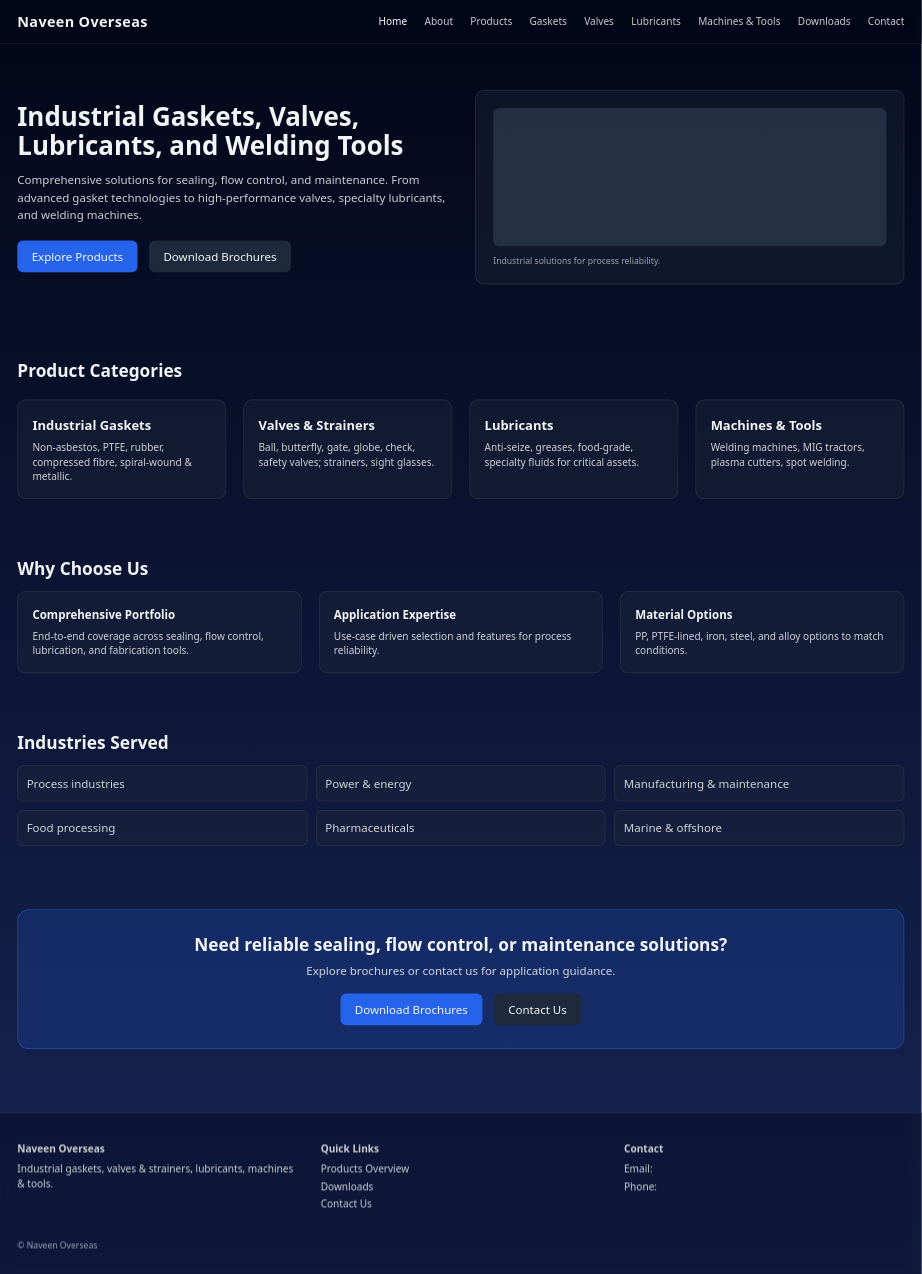
Repository: krish634-ai/overs
Page: /
An editor plug-in stored every save of this project. The page is shown before and after the next save, followed by the edit.
The browser window is 1280 px wide. The pictures show the whole page, at 72% of full size.
The project was rebuilt for these pictures with package versions that can differ from the ones it lists, and the page was loaded fresh each time. Also part of the build but not shown: vite.config.js, src/pages/About.jsx, src/pages/Products.jsx, src/pages/Gaskets.jsx, src/pages/Valves.jsx, src/pages/Lubricants.jsx, src/pages/MachinesTools.jsx, src/pages/Contact.jsx and 1 more.

Above is the page before, as saved 2025-11-19 14:15:35.

After the next save:
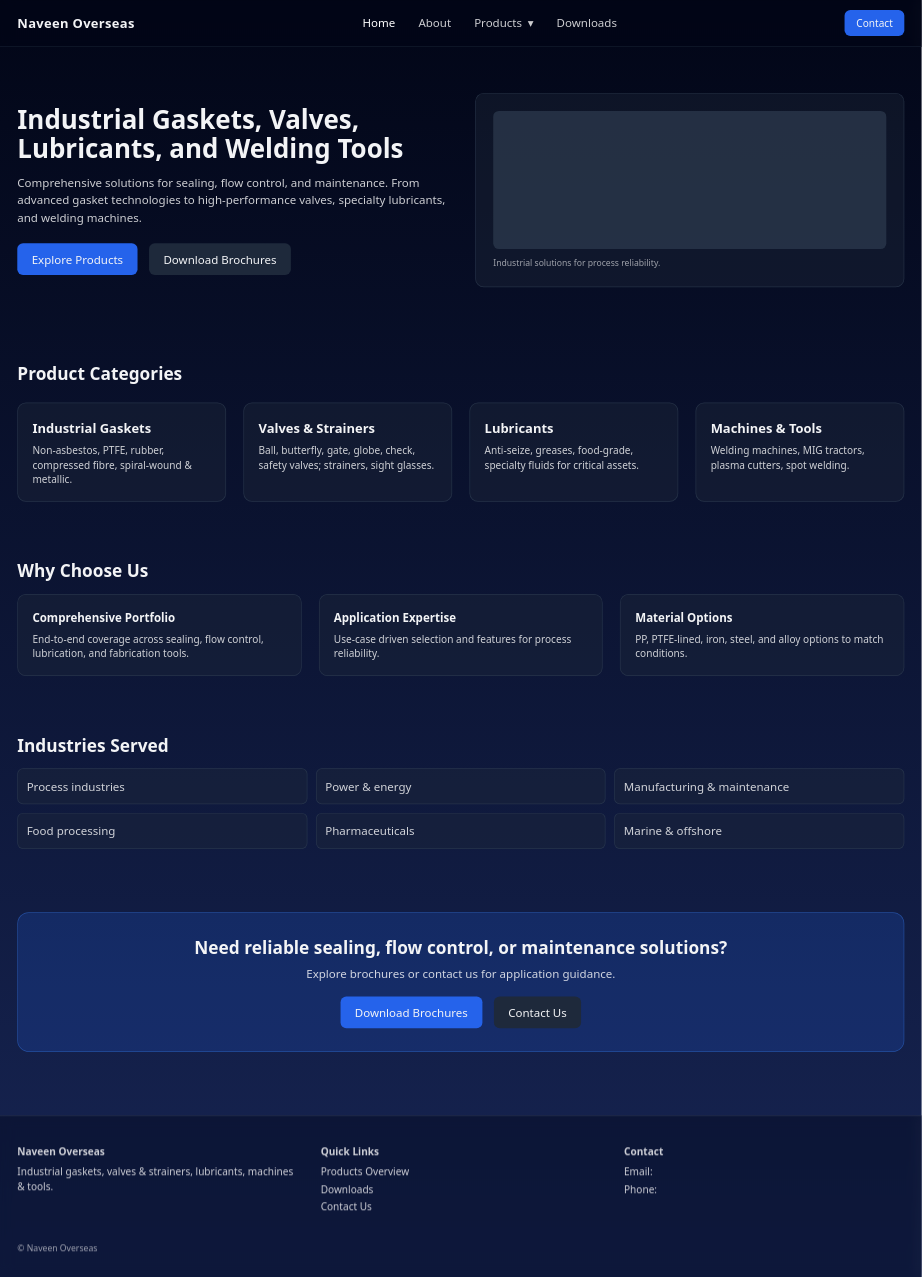
Saved 2 s later.
--- a/src/components/Nav.jsx
+++ b/src/components/Nav.jsx
@@ -1,24 +1,64 @@
-import { NavLink } from 'react-router-dom'
+import { useState } from 'react'
+import { NavLink, Link } from 'react-router-dom'
 
 export default function Nav() {
+  const [openProducts, setOpenProducts] = useState(false)
+  const [mobileOpen, setMobileOpen] = useState(false)
+
   const linkClass = ({ isActive }) =>
-    `hover:text-white/90 ${isActive ? 'text-white' : 'text-white/80'}`
+    `transition-colors hover:text-white ${isActive ? 'text-white' : 'text-white/80'}`
 
   return (
-    <nav className="container mx-auto px-6 py-4 flex items-center justify-between">
-      <NavLink to="/" className="text-xl font-semibold tracking-wide">Naveen Overseas</NavLink>
-      <ul className="hidden md:flex items-center gap-6 text-sm">
-        <li><NavLink to="/" className={linkClass}>Home</NavLink></li>
-        <li><NavLink to="/about" className={linkClass}>About</NavLink></li>
-        <li><NavLink to="/products" className={linkClass}>Products</NavLink></li>
-        <li><NavLink to="/gaskets" className={linkClass}>Gaskets</NavLink></li>
-        <li><NavLink to="/valves" className={linkClass}>Valves</NavLink></li>
-        <li><NavLink to="/lubricants" className={linkClass}>Lubricants</NavLink></li>
-        <li><NavLink to="/machines-tools" className={linkClass}>Machines &amp; Tools</NavLink></li>
-        <li><NavLink to="/downloads" className={linkClass}>Downloads</NavLink></li>
-        <li><NavLink to="/contact" className={linkClass}>Contact</NavLink></li>
-      </ul>
-      <NavLink to="/contact" className="md:hidden inline-flex items-center rounded-lg bg-blue-600 px-4 py-2 text-sm font-medium hover:bg-blue-500">Contact</NavLink>
-    </nav>
+    <div className="container mx-auto px-6">
+      <div className="flex h-16 items-center justify-between">
+        <NavLink to="/" className="text-lg font-semibold tracking-wide">Naveen Overseas</NavLink>
+        <div className="hidden md:flex items-center gap-8">
+          <NavLink to="/" className={linkClass}>Home</NavLink>
+          <NavLink to="/about" className={linkClass}>About</NavLink>
+          <div className="relative">
+            <button className="text-white/80 hover:text-white transition-colors inline-flex items-center gap-2" onClick={() => setOpenProducts(v => !v)}>
+              Products
+              <span className={`transition-transform ${openProducts ? 'rotate-180' : 'rotate-0'}`}>▾</span>
+            </button>
+            {openProducts && (
+              <div className="absolute left-0 mt-3 w-[560px] rounded-xl bg-slate-900/90 backdrop-blur ring-1 ring-white/10 shadow-soft p-6 grid grid-cols-2 gap-4">
+                <Link to="/products" className="col-span-2 rounded-lg bg-slate-800/40 ring-1 ring-white/10 px-4 py-3 hover:bg-slate-800/60">Overview</Link>
+                <Link to="/gaskets" className="rounded-lg bg-slate-800/40 ring-1 ring-white/10 px-4 py-3 hover:bg-slate-800/60">Gaskets</Link>
+                <Link to="/valves" className="rounded-lg bg-slate-800/40 ring-1 ring-white/10 px-4 py-3 hover:bg-slate-800/60">Valves &amp; Strainers</Link>
+                <Link to="/lubricants" className="rounded-lg bg-slate-800/40 ring-1 ring-white/10 px-4 py-3 hover:bg-slate-800/60">Lubricants</Link>
+                <Link to="/machines-tools" className="rounded-lg bg-slate-800/40 ring-1 ring-white/10 px-4 py-3 hover:bg-slate-800/60">Machines &amp; Tools</Link>
+              </div>
+            )}
+          </div>
+          <NavLink to="/downloads" className={linkClass}>Downloads</NavLink>
+        </div>
+        <div className="hidden md:flex items-center gap-3">
+          <NavLink to="/contact" className="inline-flex items-center rounded-lg bg-brand px-4 py-2 text-sm font-medium hover:bg-brand-dark">Contact</NavLink>
+        </div>
+        <button className="md:hidden inline-flex items-center rounded-lg bg-slate-800 px-3 py-2" onClick={() => setMobileOpen(true)}>Menu</button>
+      </div>
+
+      {mobileOpen && (
+        <div className="fixed inset-0 z-50 bg-slate-950/80 backdrop-blur">
+          <div className="absolute inset-x-0 top-0 bg-slate-900/90 p-6 border-b border-white/10">
+            <div className="flex items-center justify-between">
+              <Link to="/" className="text-lg font-semibold">Naveen Overseas</Link>
+              <button className="inline-flex items-center rounded-lg bg-slate-800 px-3 py-2" onClick={() => setMobileOpen(false)}>Close</button>
+            </div>
+            <div className="mt-6 grid gap-3 text-sm">
+              <NavLink to="/" className="rounded-lg bg-slate-800/40 px-4 py-3" onClick={() => setMobileOpen(false)}>Home</NavLink>
+              <NavLink to="/about" className="rounded-lg bg-slate-800/40 px-4 py-3" onClick={() => setMobileOpen(false)}>About</NavLink>
+              <NavLink to="/products" className="rounded-lg bg-slate-800/40 px-4 py-3" onClick={() => setMobileOpen(false)}>Products Overview</NavLink>
+              <NavLink to="/gaskets" className="rounded-lg bg-slate-800/40 px-4 py-3" onClick={() => setMobileOpen(false)}>Gaskets</NavLink>
+              <NavLink to="/valves" className="rounded-lg bg-slate-800/40 px-4 py-3" onClick={() => setMobileOpen(false)}>Valves &amp; Strainers</NavLink>
+              <NavLink to="/lubricants" className="rounded-lg bg-slate-800/40 px-4 py-3" onClick={() => setMobileOpen(false)}>Lubricants</NavLink>
+              <NavLink to="/machines-tools" className="rounded-lg bg-slate-800/40 px-4 py-3" onClick={() => setMobileOpen(false)}>Machines &amp; Tools</NavLink>
+              <NavLink to="/downloads" className="rounded-lg bg-slate-800/40 px-4 py-3" onClick={() => setMobileOpen(false)}>Downloads</NavLink>
+              <NavLink to="/contact" className="rounded-lg bg-brand px-4 py-3 text-center" onClick={() => setMobileOpen(false)}>Contact</NavLink>
+            </div>
+          </div>
+        </div>
+      )}
+    </div>
   )
 }
